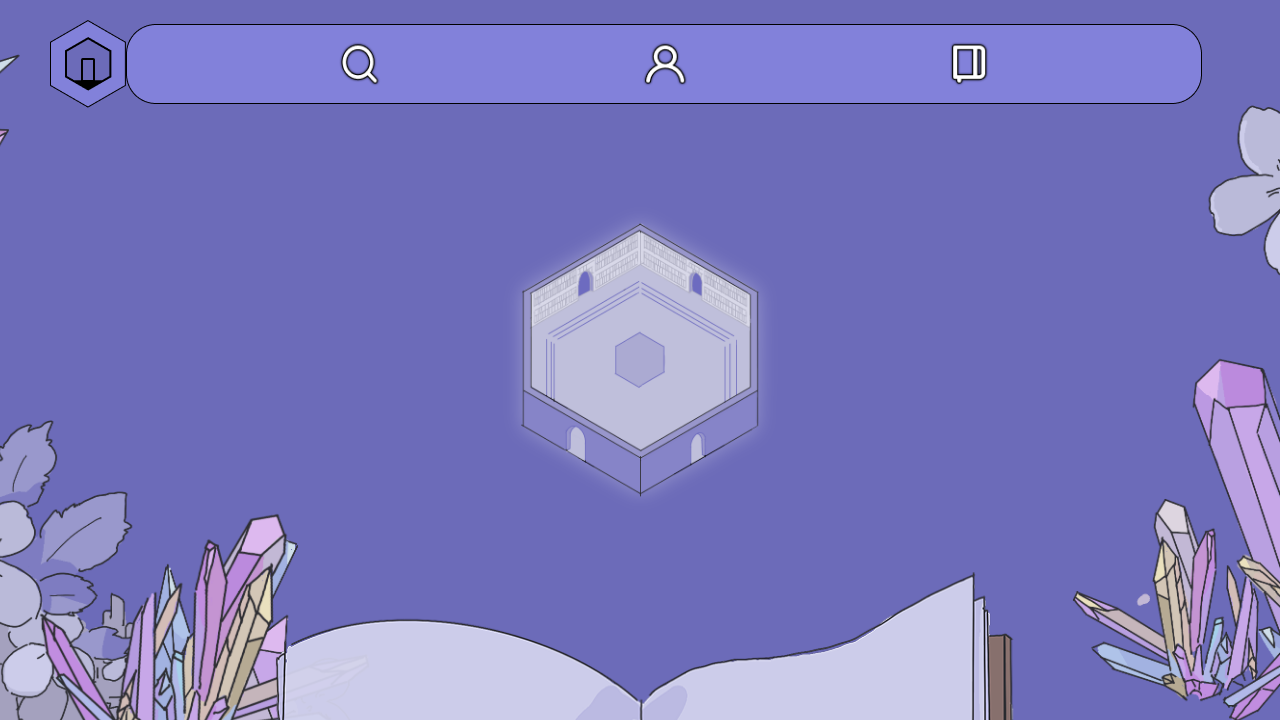
Repository: carolmmc/BabelLibrary
Page: find.html
The author's editor kept a copy of each file at every save. The page is drawn from the files as they stood at one save, then again after the next save.
The browser window is 1280 px wide. The pictures show the window.
A layer covers the whole window, so only the first screen is drawn.

Above is the page before, as saved 2025-05-07 17:43:08.

### find.html
<!DOCTYPE html>
<html lang="zh-CN">
<head>
    <meta charset="UTF-8">
    <meta name="viewport" content="width=device-width, initial-scale=1.0">
    <style>
        * {
            margin: 0;
            padding: 0;
            box-sizing: border-box;
        }

        body {
            background: #6C6BB9;
            min-height: 100vh;
            font-family: 'PingFang SC', 'Microsoft YaHei', sans-serif;
        }

        .header {
            display: flex;
            justify-content: space-between;
            align-items: center;
            padding: 20px 50px;
            position: fixed;
            top: 0;
            left: 0;
            right: 0;
            z-index: 100;
        }

        .logo {
            width: 75.892px;
            height: 87.633px;
            flex-shrink: 0;
            object-fit: contain; /* 保持图片比例 */
        }

        /* 导航栏容器 */
        .nav-container {
            position: relative;
            width: 1076px;
            height: 80px;
        }

        /* 导航图标容器 */
        .nav-icons {
            position: absolute;
            top: 50%;
            left: 50%;
            transform: translate(-50%, -50%);
            display: flex;
            justify-content: space-between; /* 改用 space-between 实现均匀分布 */
            width: 60%; /* 控制图标分布的整体宽度范围 */
            z-index: 2;
        }

        /* 导航图标通用样式 */
        .nav-icon {
            flex-shrink: 0;
            cursor: pointer;
            filter: drop-shadow(0px 0px 1px #000);
            transition: transform 0.3s ease; /* 将过渡效果移到这里 */
        }

        /* 搜索图标 */
        .find-icon {
            width: 37px;
            height: 39px;
        }

        /* 我的图标 */
        .mine-icon {
            width: 40px;
            height: 39px;
        }

        /* 书架图标 */
        .shelf-icon {
            width: 34px;
            height: 39px;
        }

        /* 图标悬停效果 */
        .nav-icon:hover {
            transform: scale(1.1);
        }

        .content-center {
            position: absolute;
            top: 50%;
            left: 50%;
            transform: translate(-50%, -50%);
            text-align: center;
            width: 100%;
            display: flex;
            justify-content: center;
            align-items: center;
            height: 100vh;
        }

        .find-image-container {
            display: flex;
            width: 800px;  /* 增加宽度 */
            height: 800px; /* 增加高度，保持近似正方形 */
            flex-direction: column;
            justify-content: center;
            align-items: center;
            flex-shrink: 0;
            aspect-ratio: 1/1;  /* 修改为正方形比例 */
            padding: 20px;  /* 添加内边距 */
        }

        .find-main-image {
            width: 100%;
            height: 100%;
            object-fit: contain;
            filter: drop-shadow(0 0 10px rgba(255, 255, 255, 0.3));  /* 添加微光效果 */
        }

        /* 底部装饰图样式 */
        .bottom-decoration {
            position: fixed;
            bottom: 0;
            left: 50%;
            transform: translateX(-50%);  /* 居中定位 */
            width: 1526px;  /* 使用原始宽度 */
            height: 859px;  /* 使用原始高度 */
            background: url('homepage frame1.png') bottom center no-repeat;
            background-size: contain;  /* 确保图片完整显示 */
            z-index: 1;
            animation: breath-animation 4s ease-in-out infinite;
        }

        /* 添加第二个装饰图样式 */
        .decoration-frame2 {
            position: fixed;
            bottom: 0;
            left: 50%;
            transform: translateX(-50%);
            width: 775px;
            height: 155px;
            flex-shrink: 0;
            aspect-ratio: 5/1;
            background: url('homepageframe2.png') center no-repeat;
            background-size: contain;
            z-index: 2; /* 确保显示在第一个装饰图之上 */
            animation: breath-animation 4s ease-in-out infinite;
        }

        /* 修改呼吸动画 */
        @keyframes breath-animation {
            0%, 100% {
                opacity: 0.9;
                transform: translateX(-50%) scale(1);  /* 保持居中的同时缩放 */
            }
            50% {
                opacity: 1;
                transform: translateX(-50%) scale(1.02);
            }
        }
    </style>
</head>
<body>
    <header class="header">
        <img src="logo.png" alt="巴别插画 Logo" class="logo">
        <div class="nav-container">
            <img src="navigate background.png" alt="导航栏" class="nav-background">
            <div class="nav-icons">
                <img src="find.png" alt="搜索" class="nav-icon find-icon">
                <img src="mine.png" alt="我的" class="nav-icon mine-icon">
                <img src="shelf.png" alt="书架" class="nav-icon shelf-icon">
            </div>
        </div>
        <div style="width: 150px;"></div>
    </header>

    <div class="content-center">
        <div class="find-image-container">
            <img src="find1.png" alt="查找" class="find-main-image">
        </div>
    </div>
    <div class="bottom-decoration"></div>
    <div class="decoration-frame2"></div>
</body>
</html>

After the next save:
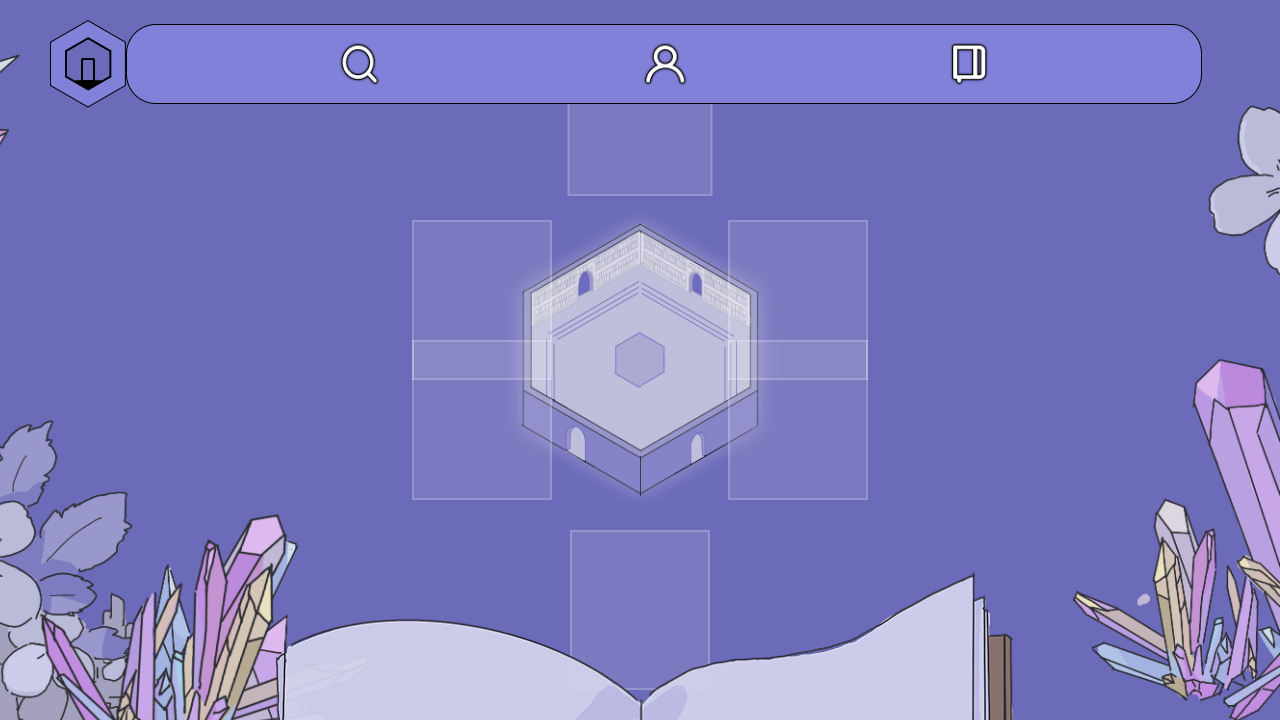
Saved 9 min 53 s later.
--- a/find.html
+++ b/find.html
@@ -117,6 +117,79 @@
             filter: drop-shadow(0 0 10px rgba(255, 255, 255, 0.3));  /* 添加微光效果 */
         }
 
+        .hexagon-wrapper {
+            position: relative;
+            width: 100%;
+            height: 100%;
+            display: flex;
+            justify-content: center;
+            align-items: center;
+        }
+
+        .hex-button {
+            position: absolute;
+            background: rgba(255, 255, 255, 0.1); /* 添加半透明背景便于调试 */
+            border: 2px solid rgba(255, 255, 255, 0.2); /* 添加边框便于调试 */
+            cursor: pointer;
+            transition: all 0.3s ease;
+        }
+
+        /* 修改按钮位置 */
+        .btn-1 {
+            top: calc(0% + 50px);
+            left: 50%;
+            transform: translateX(-50%);
+            width: 145px;
+            height: 166px;
+        }
+
+        .btn-2 {
+            top: calc(25% + 50px);
+            right: 20%;
+            width: 140px;
+            height: 160px;
+        }
+
+        .btn-3 {
+            bottom: calc(25% + 50px);
+            right: 20%;
+            width: 140px;
+            height: 160px;
+        }
+
+        .btn-4 {
+            bottom: 50px;
+            left: 50%;
+            transform: translateX(-50%);
+            width: 140px;
+            height: 160px;
+        }
+
+        .btn-5 {
+            bottom: calc(25% + 50px);
+            left: 20%;
+            width: 140px;
+            height: 160px;
+        }
+
+        .btn-6 {
+            top: calc(25% + 50px);
+            left: 20%;
+            width: 140px;
+            height: 160px;
+        }
+
+        .popup-container {
+            position: absolute;
+            display: none;
+            z-index: 1000;
+            transition: all 0.3s ease;
+        }
+
+        .popup-container.active {
+            display: block;
+        }
+
         /* 底部装饰图样式 */
         .bottom-decoration {
             position: fixed;
@@ -157,6 +230,11 @@
                 opacity: 1;
                 transform: translateX(-50%) scale(1.02);
             }
+        }
+
+        /* 临时调试样式 */
+        .hex-button:hover {
+            background: rgba(255, 255, 255, 0.3);
         }
     </style>
 </head>
@@ -176,10 +254,58 @@
 
     <div class="content-center">
         <div class="find-image-container">
-            <img src="find1.png" alt="查找" class="find-main-image">
+            <div class="hexagon-wrapper">
+                <img src="find1.png" alt="查找" class="find-main-image">
+                <!-- 添加六个交互按钮 -->
+                <button class="hex-button btn-1"></button>
+                <button class="hex-button btn-2"></button>
+                <button class="hex-button btn-3"></button>
+                <button class="hex-button btn-4"></button>
+                <button class="hex-button btn-5"></button>
+                <button class="hex-button btn-6"></button>
+
+                <!-- 弹出的图片容器 -->
+                <div class="popup-container popup-1"><img src="find2.png" alt="详情"></div>
+                <div class="popup-container popup-2"><img src="find2.png" alt="详情"></div>
+                <div class="popup-container popup-3"><img src="find2.png" alt="详情"></div>
+                <div class="popup-container popup-4"><img src="find2.png" alt="详情"></div>
+                <div class="popup-container popup-5"><img src="find2.png" alt="详情"></div>
+                <div class="popup-container popup-6"><img src="find2.png" alt="详情"></div>
+            </div>
         </div>
     </div>
     <div class="bottom-decoration"></div>
     <div class="decoration-frame2"></div>
+    <script>
+        document.addEventListener('DOMContentLoaded', function() {
+            const buttons = document.querySelectorAll('.hex-button');
+            buttons.forEach(button => {
+                button.addEventListener('click', function(e) {
+                    console.log('按钮被点击'); // 添加调试日志
+                    const index = Array.from(buttons).indexOf(this);
+                    const popup = document.querySelector(`.popup-${index + 1}`);
+
+                    // 切换弹出窗口的显示状态
+                    document.querySelectorAll('.popup-container').forEach(p => {
+                        p.classList.remove('active');
+                    });
+                    popup.classList.add('active');
+
+                    // 设置弹出窗口位置
+                    popup.style.top = `${this.offsetTop}px`;
+                    popup.style.left = `${this.offsetLeft}px`;
+
+                    e.stopPropagation();
+                });
+            });
+
+            // 点击其他地方关闭弹出窗口
+            document.addEventListener('click', function() {
+                document.querySelectorAll('.popup-container').forEach(popup => {
+                    popup.classList.remove('active');
+                });
+            });
+        });
+    </script>
 </body>
 </html>

After the save that followed:
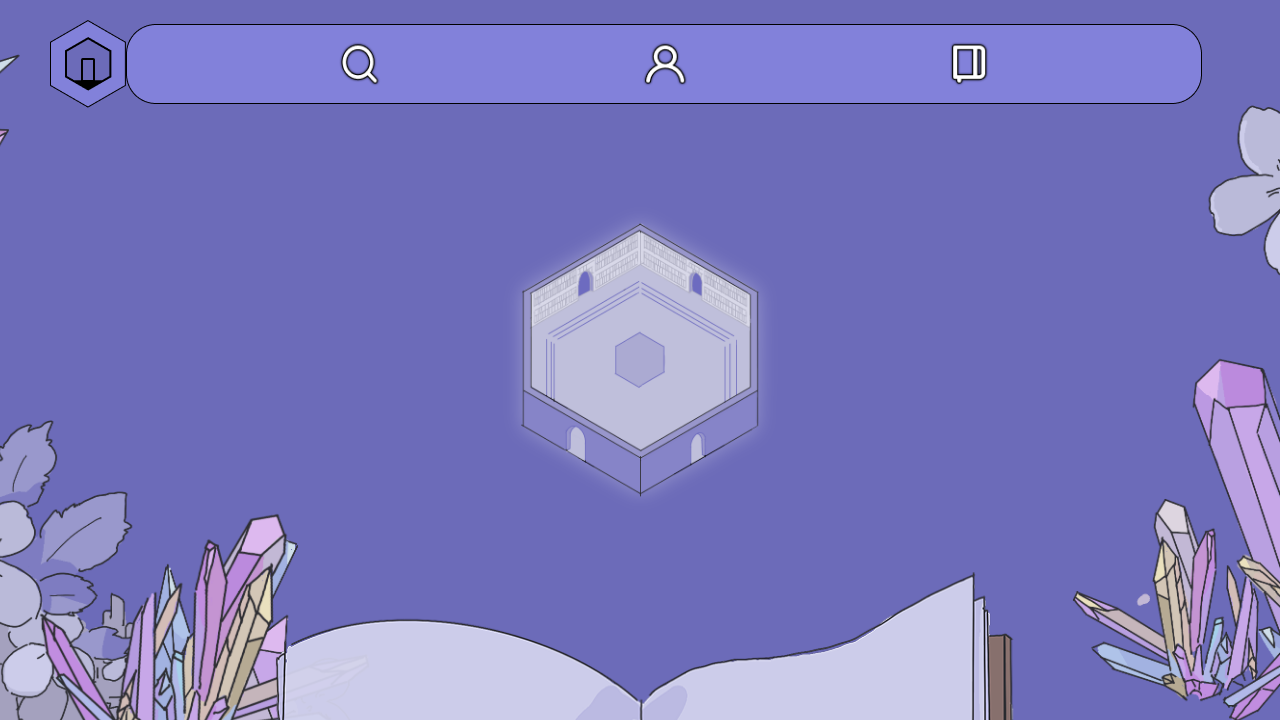
Saved 30 s later.
--- a/find.html
+++ b/find.html
@@ -117,79 +117,6 @@
             filter: drop-shadow(0 0 10px rgba(255, 255, 255, 0.3));  /* 添加微光效果 */
         }
 
-        .hexagon-wrapper {
-            position: relative;
-            width: 100%;
-            height: 100%;
-            display: flex;
-            justify-content: center;
-            align-items: center;
-        }
-
-        .hex-button {
-            position: absolute;
-            background: rgba(255, 255, 255, 0.1); /* 添加半透明背景便于调试 */
-            border: 2px solid rgba(255, 255, 255, 0.2); /* 添加边框便于调试 */
-            cursor: pointer;
-            transition: all 0.3s ease;
-        }
-
-        /* 修改按钮位置 */
-        .btn-1 {
-            top: calc(0% + 50px);
-            left: 50%;
-            transform: translateX(-50%);
-            width: 145px;
-            height: 166px;
-        }
-
-        .btn-2 {
-            top: calc(25% + 50px);
-            right: 20%;
-            width: 140px;
-            height: 160px;
-        }
-
-        .btn-3 {
-            bottom: calc(25% + 50px);
-            right: 20%;
-            width: 140px;
-            height: 160px;
-        }
-
-        .btn-4 {
-            bottom: 50px;
-            left: 50%;
-            transform: translateX(-50%);
-            width: 140px;
-            height: 160px;
-        }
-
-        .btn-5 {
-            bottom: calc(25% + 50px);
-            left: 20%;
-            width: 140px;
-            height: 160px;
-        }
-
-        .btn-6 {
-            top: calc(25% + 50px);
-            left: 20%;
-            width: 140px;
-            height: 160px;
-        }
-
-        .popup-container {
-            position: absolute;
-            display: none;
-            z-index: 1000;
-            transition: all 0.3s ease;
-        }
-
-        .popup-container.active {
-            display: block;
-        }
-
         /* 底部装饰图样式 */
         .bottom-decoration {
             position: fixed;
@@ -231,11 +158,6 @@
                 transform: translateX(-50%) scale(1.02);
             }
         }
-
-        /* 临时调试样式 */
-        .hex-button:hover {
-            background: rgba(255, 255, 255, 0.3);
-        }
     </style>
 </head>
 <body>
@@ -254,58 +176,10 @@
 
     <div class="content-center">
         <div class="find-image-container">
-            <div class="hexagon-wrapper">
-                <img src="find1.png" alt="查找" class="find-main-image">
-                <!-- 添加六个交互按钮 -->
-                <button class="hex-button btn-1"></button>
-                <button class="hex-button btn-2"></button>
-                <button class="hex-button btn-3"></button>
-                <button class="hex-button btn-4"></button>
-                <button class="hex-button btn-5"></button>
-                <button class="hex-button btn-6"></button>
-
-                <!-- 弹出的图片容器 -->
-                <div class="popup-container popup-1"><img src="find2.png" alt="详情"></div>
-                <div class="popup-container popup-2"><img src="find2.png" alt="详情"></div>
-                <div class="popup-container popup-3"><img src="find2.png" alt="详情"></div>
-                <div class="popup-container popup-4"><img src="find2.png" alt="详情"></div>
-                <div class="popup-container popup-5"><img src="find2.png" alt="详情"></div>
-                <div class="popup-container popup-6"><img src="find2.png" alt="详情"></div>
-            </div>
+            <img src="find1.png" alt="查找" class="find-main-image">
         </div>
     </div>
     <div class="bottom-decoration"></div>
     <div class="decoration-frame2"></div>
-    <script>
-        document.addEventListener('DOMContentLoaded', function() {
-            const buttons = document.querySelectorAll('.hex-button');
-            buttons.forEach(button => {
-                button.addEventListener('click', function(e) {
-                    console.log('按钮被点击'); // 添加调试日志
-                    const index = Array.from(buttons).indexOf(this);
-                    const popup = document.querySelector(`.popup-${index + 1}`);
-
-                    // 切换弹出窗口的显示状态
-                    document.querySelectorAll('.popup-container').forEach(p => {
-                        p.classList.remove('active');
-                    });
-                    popup.classList.add('active');
-
-                    // 设置弹出窗口位置
-                    popup.style.top = `${this.offsetTop}px`;
-                    popup.style.left = `${this.offsetLeft}px`;
-
-                    e.stopPropagation();
-                });
-            });
-
-            // 点击其他地方关闭弹出窗口
-            document.addEventListener('click', function() {
-                document.querySelectorAll('.popup-container').forEach(popup => {
-                    popup.classList.remove('active');
-                });
-            });
-        });
-    </script>
 </body>
 </html>
